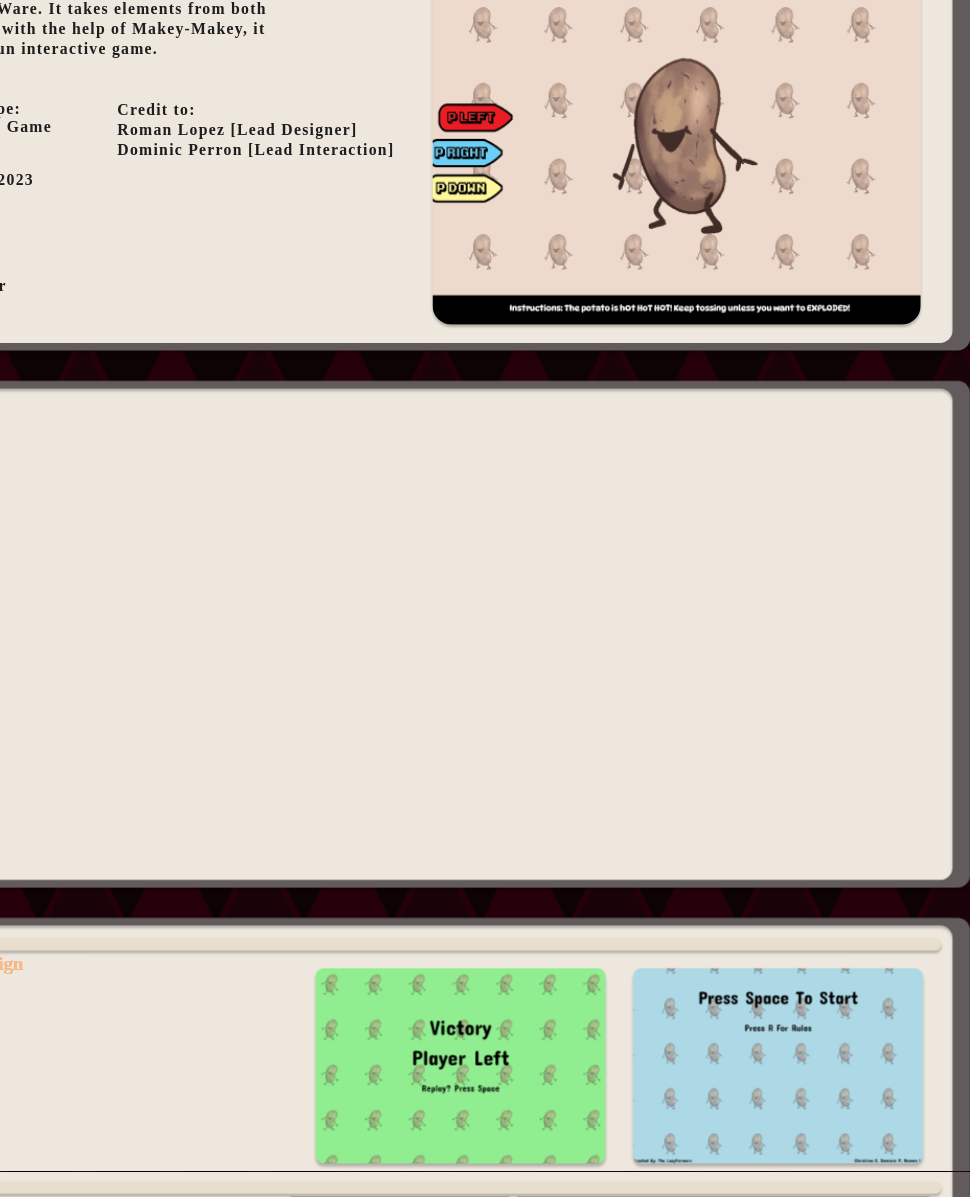
Repository: EMP-ChristinaC/Portfolio
Page: projects/potato-shuffle/potato.html
These files come from the project's save history. The page is drawn as it stood at one moment and after the next save; the edit follows.
The browser window is 1280 px wide. The page is 1540 px wide, so the pictures cover 1540 px, including what lies to the right of the window. The pictures show the part of the page from y = 390 to 2290 px (the page is 3938 px tall), at 63% of full size.
Pictures or frames that could not be fetched are drawn as grey boxes. Some web fonts or font styles are not loaded; a fallback is used.

Above is the page before, as saved 2024-12-09 14:00:42.

After the next save:
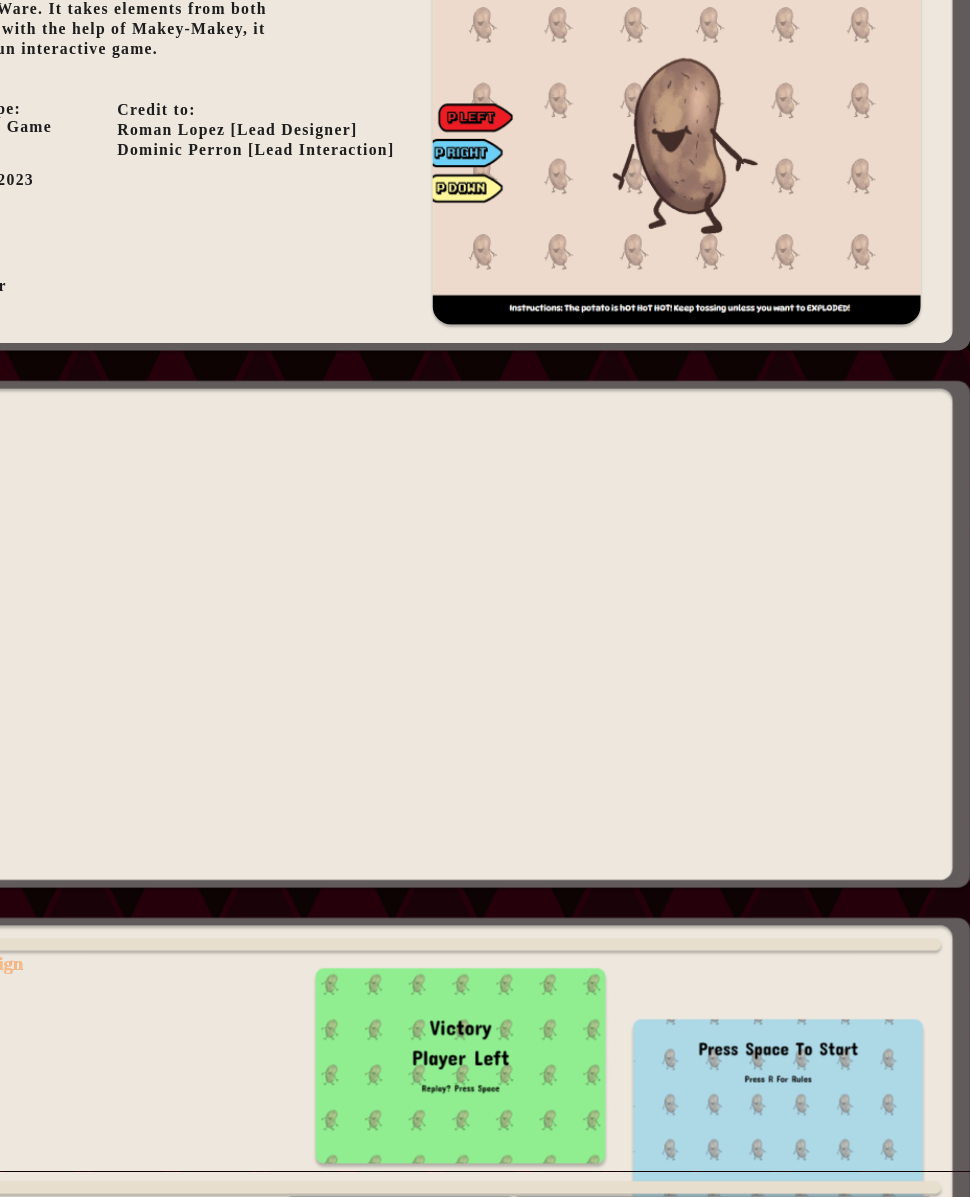
Saved 7 min 3 s later.
--- a/projects/potato-shuffle/potato.css
+++ b/projects/potato-shuffle/potato.css
@@ -497,7 +497,7 @@ footer.section p {
     width: 470px;
     height: 320px;
     position: absolute;
-    top: 10%;
+    top: 20%;
     left: 70%;
     /* transform: translate(-110%, 310%); */
 }
